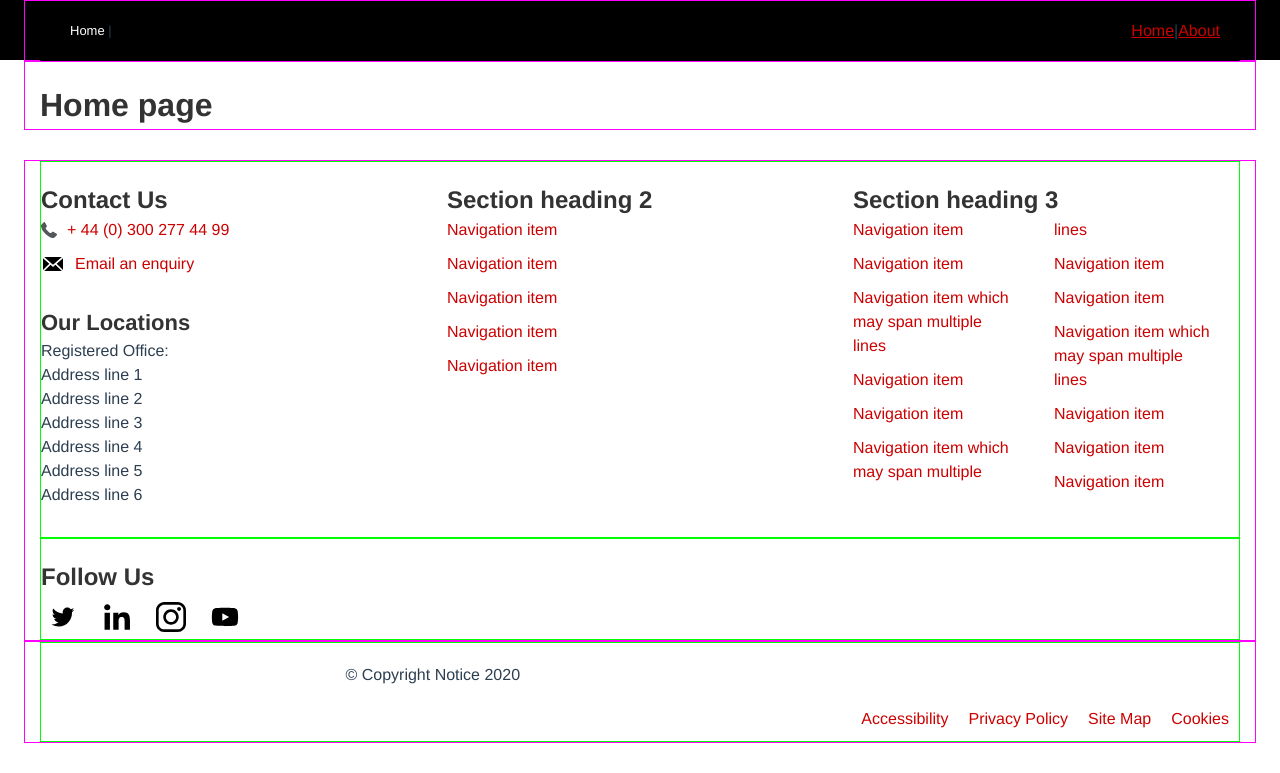
Repository: DaveBaulch/spa
Page: /
The author's editor kept a copy of each file at every save. The page is drawn from the files as they stood at one save, then again after the next save.
The browser window is 1280 px wide. The pictures show the whole page.
The project was rebuilt for these pictures with package versions that can differ from the ones it lists, and the page was loaded fresh each time. Also part of the build but not shown: src/assets/styles/main.css.

Above is the page before, as saved 2020-10-13 12:23:19.

After the next save:
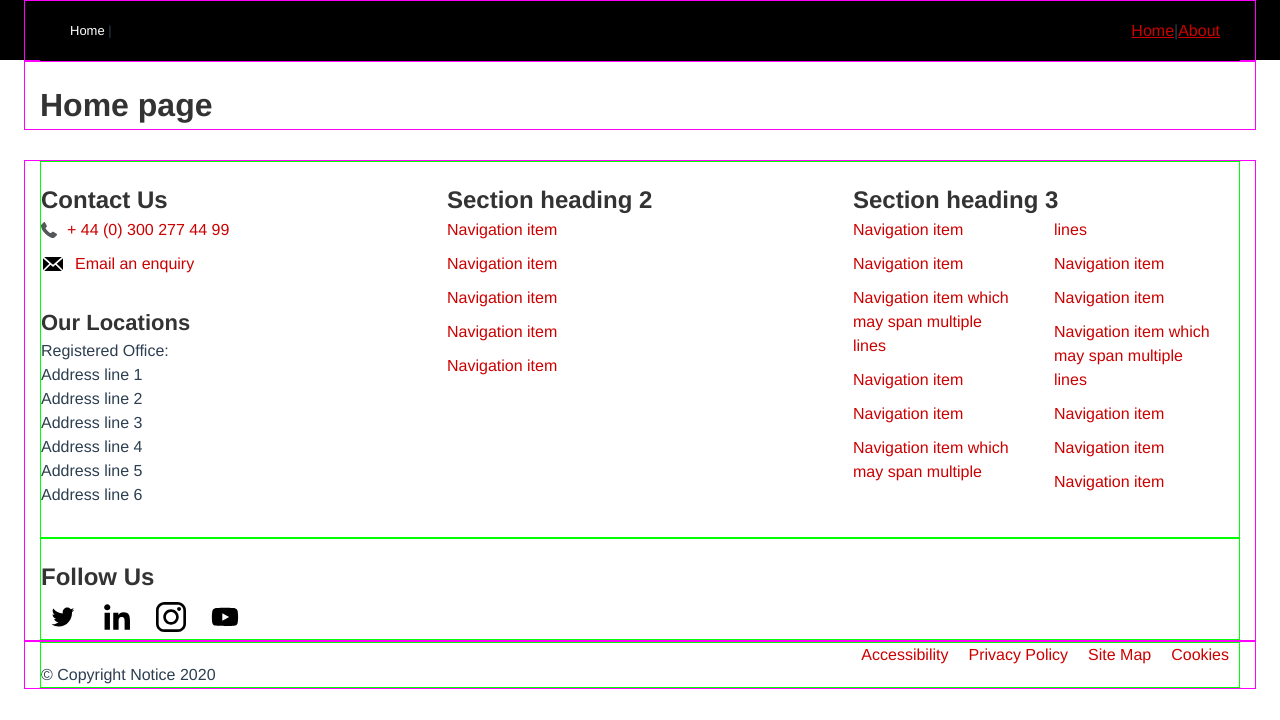
Saved 9 s later.
--- a/src/components/global/TheFooter.vue
+++ b/src/components/global/TheFooter.vue
@@ -271,7 +271,7 @@ footer-wrapper {
   grid-column: 1 / 13;
 
   @include breakpoint(lg) {
-    grid-column: 4 / 13;
+    grid-column: 1 / 4;
   }
 }
 
